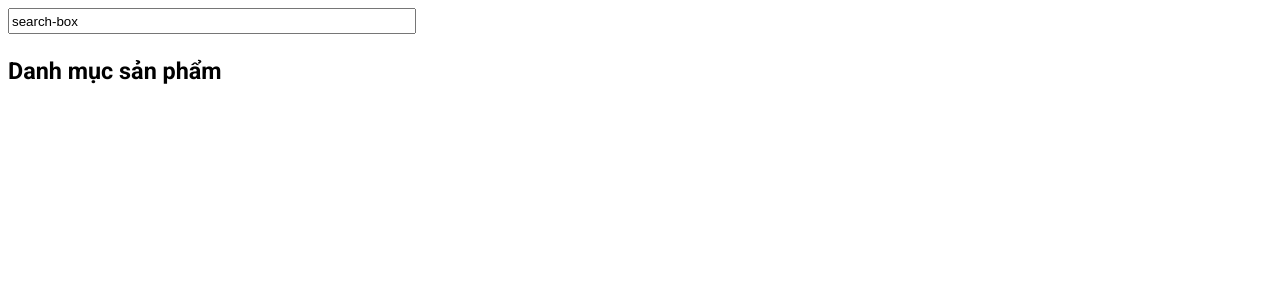
Repository: ThanhNghiadn03/Website-1-JSP-Servlet
Page: http://localhost/new-web-ban-sach/trang-chu
These files come from the project's save history. The page is drawn as it stood at one moment and after the next save; the edit follows.
The browser window is 1280 px wide. The pictures show the whole page.
The page is served by Tomcat 9. Queries for data that is not in the repository find no rows.

Above is the page before, as saved 2023-04-25 16:31:46.

After the next save:
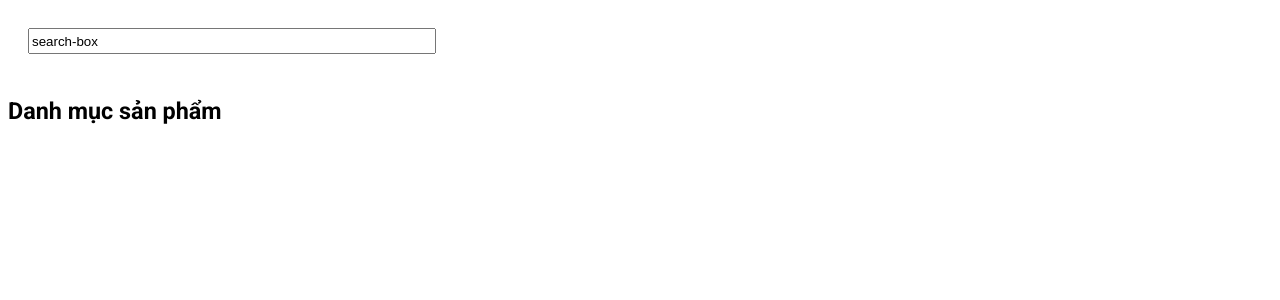
Saved 25 s later.
--- a/Project/new-web-ban-sach/src/main/webapp/views/home/css/css-home.css
+++ b/Project/new-web-ban-sach/src/main/webapp/views/home/css/css-home.css
@@ -4,6 +4,7 @@
 .Search-box {
 	width: 400px;
 	height: 20px;
+	margin: 20px
 }
 
 .top {
